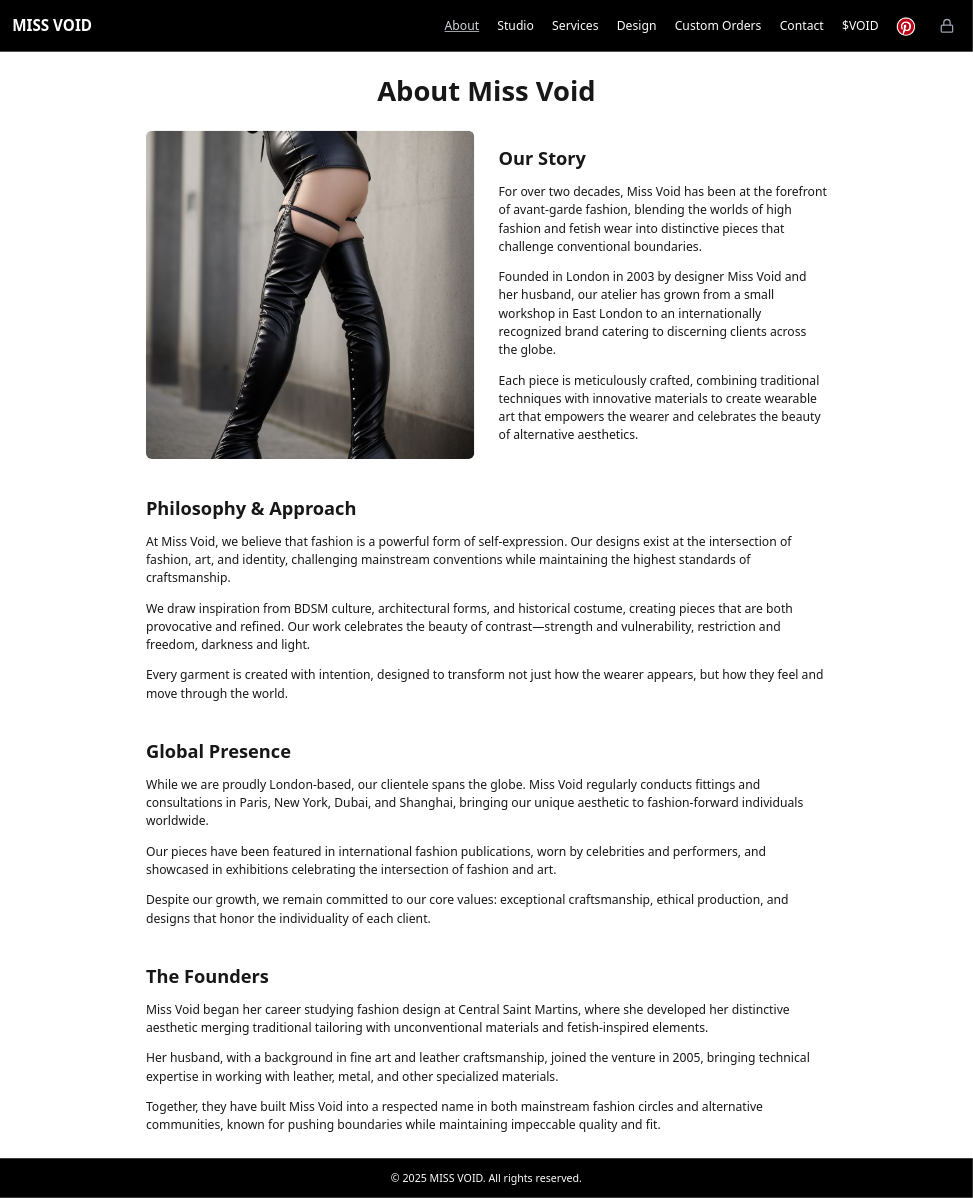
Repository: b0ase/missvoid2
Page: /about
An editor plug-in stored every save of this project. The page is shown before and after the next save, followed by the edit.
The browser window is 1280 px wide. The pictures show the whole page, at 76% of full size.
The project was rebuilt for these pictures with package versions that can differ from the ones it lists, and the page was loaded fresh each time. The framework's server and built-in components were replaced by stand-ins that run in the browser. Also part of the build but not shown: next.config.js.

Above is the page before, as saved 2025-05-08 19:03:44.

### src/app/layout.tsx
import "./globals.css";
import type { Metadata } from "next";
import { Inter } from "next/font/google";
import Script from "next/script";
import Navigation from "./components/Navigation";
import { DevModeProvider } from "./context/DevModeContext";

const inter = Inter({
  subsets: ["latin"],
  variable: "--font-inter",
});

export const metadata: Metadata = {
  title: "MISS VOID Gallery",
  description: "Gallery of MISS VOID images and collections",
  other: {
    "content-security-policy": "default-src 'self'; img-src 'self' data: blob: https:; script-src 'self' 'unsafe-eval' 'unsafe-inline' blob: https://vercel.live https://*.vercel.app; style-src 'self' 'unsafe-inline'; font-src 'self'; connect-src 'self' ws: wss: https://api.stability.ai https://*.vercel.app; worker-src 'self' blob:;"
  }
};

export default function RootLayout({
  children,
}: {
  children: React.ReactNode;
}) {
  return (
    <html lang="en">
      <body className={`${inter.variable} antialiased min-h-screen flex flex-col`}>
        <DevModeProvider>
          <Navigation />
          <main className="flex-grow">
            {children}
          </main>
          <footer className="bg-black text-white py-4 text-center text-sm">
            <div className="container mx-auto px-4">
              <p>© {new Date().getFullYear()} MISS VOID. All rights reserved.</p>
            </div>
          </footer>
        </DevModeProvider>
        <Script src="/csp-bypass.js" strategy="beforeInteractive" />
      </body>
    </html>
  );
}

### src/app/about/page.tsx
"use client";

import Image from 'next/image';

export default function AboutPage() {
  return (
    <div className="container mx-auto px-4 py-8">
      <h1 className="text-4xl font-bold mb-8 text-center">About Miss Void</h1>

      <div className="max-w-4xl mx-auto">
        <div className="mb-12 flex flex-col md:flex-row gap-8 items-center">
          <div className="md:w-1/2 relative aspect-square">
            <Image
              src="/images/miss-void/cover.jpg"
              alt="Miss Void portrait"
              fill
              className="object-cover rounded-lg"
            />
          </div>
          <div className="md:w-1/2">
            <h2 className="text-2xl font-bold mb-4">Our Story</h2>
            <p className="mb-4">
              For over two decades, Miss Void has been at the forefront of avant-garde fashion, blending the worlds of high fashion and fetish wear into distinctive pieces that challenge conventional boundaries.
            </p>
            <p className="mb-4">
              Founded in London in 2003 by designer Miss Void and her husband, our atelier has grown from a small workshop in East London to an internationally recognized brand catering to discerning clients across the globe.
            </p>
            <p>
              Each piece is meticulously crafted, combining traditional techniques with innovative materials to create wearable art that empowers the wearer and celebrates the beauty of alternative aesthetics.
            </p>
          </div>
        </div>

        <div className="mb-12">
          <h2 className="text-2xl font-bold mb-4">Philosophy & Approach</h2>
          <p className="mb-4">
            At Miss Void, we believe that fashion is a powerful form of self-expression. Our designs exist at the intersection of fashion, art, and identity, challenging mainstream conventions while maintaining the highest standards of craftsmanship.
          </p>
          <p className="mb-4">
            We draw inspiration from BDSM culture, architectural forms, and historical costume, creating pieces that are both provocative and refined. Our work celebrates the beauty of contrast—strength and vulnerability, restriction and freedom, darkness and light.
          </p>
          <p>
            Every garment is created with intention, designed to transform not just how the wearer appears, but how they feel and move through the world.
          </p>
        </div>

        <div className="mb-12">
          <h2 className="text-2xl font-bold mb-4">Global Presence</h2>
          <p className="mb-4">
            While we are proudly London-based, our clientele spans the globe. Miss Void regularly conducts fittings and consultations in Paris, New York, Dubai, and Shanghai, bringing our unique aesthetic to fashion-forward individuals worldwide.
          </p>
          <p className="mb-4">
            Our pieces have been featured in international fashion publications, worn by celebrities and performers, and showcased in exhibitions celebrating the intersection of fashion and art.
          </p>
          <p>
            Despite our growth, we remain committed to our core values: exceptional craftsmanship, ethical production, and designs that honor the individuality of each client.
          </p>
        </div>

        <div>
          <h2 className="text-2xl font-bold mb-4">The Founders</h2>
          <p className="mb-4">
            Miss Void began her career studying fashion design at Central Saint Martins, where she developed her distinctive aesthetic merging traditional tailoring with unconventional materials and fetish-inspired elements.
          </p>
          <p className="mb-4">
            Her husband, with a background in fine art and leather craftsmanship, joined the venture in 2005, bringing technical expertise in working with leather, metal, and other specialized materials.
          </p>
          <p>
            Together, they have built Miss Void into a respected name in both mainstream fashion circles and alternative communities, known for pushing boundaries while maintaining impeccable quality and fit.
          </p>
        </div>
      </div>
    </div>
  );
}

### src/app/globals.css
@import "tailwindcss";

:root {
  --background: #ffffff;
  --foreground: #171717;
}

@theme inline {
  --color-background: var(--background);
  --color-foreground: var(--foreground);
  --font-sans: var(--font-inter);
}

@media (prefers-color-scheme: dark) {
  :root {
    --background: #0a0a0a;
    --foreground: #ededed;
  }
}

body {
  background: var(--background);
  color: var(--foreground);
  font-family: var(--font-sans), Arial, Helvetica, sans-serif;
}

/* Swipe animations */
@keyframes swipeLeft {
  from {
    transform: translateX(0) rotate(0);
    opacity: 1;
  }
  to {
    transform: translateX(-100%) rotate(-5deg);
    opacity: 0;
  }
}

@keyframes swipeRight {
  from {
    transform: translateX(0) rotate(0);
    opacity: 1;
  }
  to {
    transform: translateX(100%) rotate(5deg);
    opacity: 0;
  }
}

@keyframes fadeIn {
  from {
    opacity: 0;
    transform: scale(0.9);
  }
  to {
    opacity: 1;
    transform: scale(1);
  }
}

.swipe-left {
  animation: swipeLeft 0.3s ease-out forwards;
}

.swipe-right {
  animation: swipeRight 0.3s ease-out forwards;
}

.fade-in {
  animation: fadeIn 0.3s ease-out forwards;
}

/* Animation for mobile menu */
.animate-fadeIn {
  animation: fadeIn 0.2s ease-out forwards;
}

/* Removing swipe indicator styles since they're no longer used */

/* Scrollable descriptions on mobile */
.scrollable-description {
  max-height: 50vh; /* Limit height to half the viewport height */
  overflow-y: auto; /* Enable vertical scrolling */
  padding: 1rem; /* Add some padding for better readability */
}

### src/app/context/DevModeContext.tsx
"use client";

import React, { createContext, useContext, useState, ReactNode } from 'react';

interface DevModeContextType {
  isDevMode: boolean;
  toggleDevMode: (password: string) => boolean;
  exitDevMode: () => void;
}

const DevModeContext = createContext<DevModeContextType | undefined>(undefined);

export function DevModeProvider({ children }: { children: ReactNode }) {
  const [isDevMode, setIsDevMode] = useState(false);
  const DEV_PASSWORD = 'MissVoid123';

  const toggleDevMode = (password: string): boolean => {
    if (password === DEV_PASSWORD) {
      setIsDevMode(true);
      return true;
    }
    return false;
  };

  const exitDevMode = () => {
    setIsDevMode(false);
  };

  return (
    <DevModeContext.Provider value={{ isDevMode, toggleDevMode, exitDevMode }}>
      {children}
    </DevModeContext.Provider>
  );
}

export function useDevMode() {
  const context = useContext(DevModeContext);
  if (context === undefined) {
    throw new Error('useDevMode must be used within a DevModeProvider');
  }
  return context;
}

### src/app/components/DevModeToggle.tsx
"use client";

import { useState } from 'react';
import { useDevMode } from '../context/DevModeContext';

export default function DevModeToggle() {
  const { isDevMode, toggleDevMode, exitDevMode } = useDevMode();
  const [isModalOpen, setIsModalOpen] = useState(false);
  const [password, setPassword] = useState('');
  const [error, setError] = useState('');

  const handleToggleModal = () => {
    setIsModalOpen(!isModalOpen);
    setPassword('');
    setError('');
  };

  const handleSubmit = (e: React.FormEvent) => {
    e.preventDefault();
    const success = toggleDevMode(password);
    if (success) {
      setIsModalOpen(false);
      setPassword('');
      setError('');
    } else {
      setError('Incorrect password');
    }
  };

  return (
    <div className="relative">
      <button
        onClick={isDevMode ? exitDevMode : handleToggleModal}
        className="flex items-center justify-center p-2 rounded-full"
        aria-label={isDevMode ? "Exit Dev Mode" : "Enter Dev Mode"}
        title={isDevMode ? "Exit Dev Mode" : "Dev Mode"}
      >
        {/* Padlock Icon */}
        <svg
          xmlns="http://www.w3.org/2000/svg"
          viewBox="0 0 24 24"
          fill="none"
          stroke="currentColor"
          strokeWidth="2"
          strokeLinecap="round"
          strokeLinejoin="round"
          className={`w-5 h-5 ${isDevMode ? "text-red-500" : "text-gray-400"}`}
        >
          {isDevMode ? (
            <>
              <rect x="3" y="11" width="18" height="11" rx="2" ry="2"></rect>
              <path d="M7 11V7a5 5 0 0 1 10 0v4"></path>
              <line x1="12" y1="16" x2="12" y2="16.01"></line>
            </>
          ) : (
            <>
              <rect x="3" y="11" width="18" height="11" rx="2" ry="2"></rect>
              <path d="M7 11V7a5 5 0 0 1 10 0v4"></path>
            </>
          )}
        </svg>

        {isDevMode && (
          <span className="absolute -top-1 -right-1 w-3 h-3 bg-red-500 rounded-full"></span>
        )}
      </button>

      {/* Password Modal */}
      {isModalOpen && !isDevMode && (
        <div className="fixed inset-0 flex items-center justify-center z-50">
          <div className="absolute inset-0 bg-black opacity-50" onClick={handleToggleModal}></div>
          <div className="bg-white p-6 rounded-lg shadow-xl z-10 w-full max-w-sm">
            <h3 className="text-xl font-bold mb-4">Enter Dev Mode</h3>
            <form onSubmit={handleSubmit}>
              <div className="mb-4">
                <label htmlFor="password" className="block text-sm font-medium text-gray-700 mb-1">
                  Password
                </label>
                <input
                  type="password"
                  id="password"
                  value={password}
                  onChange={(e) => setPassword(e.target.value)}
                  className="w-full px-3 py-2 border border-gray-300 rounded-md shadow-sm focus:outline-none focus:ring-2 focus:ring-black"
                  placeholder="Enter password"
                />
                {error && <p className="text-red-500 text-sm mt-1">{error}</p>}
              </div>
              <div className="flex justify-end space-x-3">
                <button
                  type="button"
                  onClick={handleToggleModal}
                  className="px-4 py-2 text-sm font-medium text-gray-700 bg-gray-100 rounded-md hover:bg-gray-200 focus:outline-none focus:ring-2 focus:ring-offset-2 focus:ring-gray-500"
                >
                  Cancel
                </button>
                <button
                  type="submit"
                  className="px-4 py-2 text-sm font-medium text-white bg-black rounded-md hover:bg-gray-800 focus:outline-none focus:ring-2 focus:ring-offset-2 focus:ring-black"
                >
                  Enter
                </button>
              </div>
            </form>
          </div>
        </div>
      )}
    </div>
  );
}

Loaded but not shown: public/csp-bypass.js (17 lines, source omitted); src/app/components/Navigation.tsx (171 lines, source omitted)

After the next save:
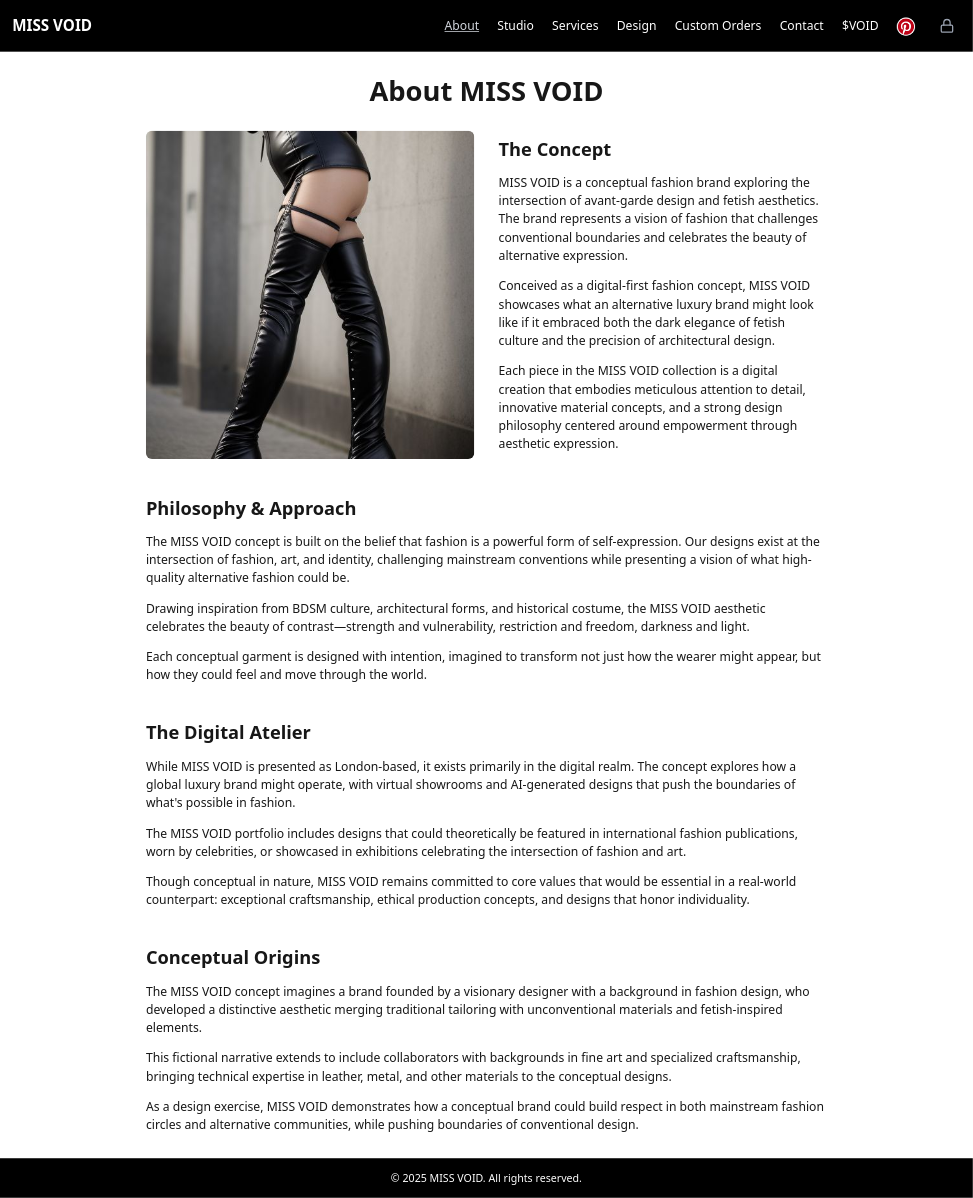
Saved 12 min 9 s later.
--- a/src/app/about/page.tsx
+++ b/src/app/about/page.tsx
@@ -5,28 +5,28 @@
 export default function AboutPage() {
   return (
     <div className="container mx-auto px-4 py-8">
-      <h1 className="text-4xl font-bold mb-8 text-center">About Miss Void</h1>
+      <h1 className="text-4xl font-bold mb-8 text-center">About MISS VOID</h1>
 
       <div className="max-w-4xl mx-auto">
         <div className="mb-12 flex flex-col md:flex-row gap-8 items-center">
           <div className="md:w-1/2 relative aspect-square">
             <Image
               src="/images/miss-void/cover.jpg"
-              alt="Miss Void portrait"
+              alt="MISS VOID concept image"
               fill
               className="object-cover rounded-lg"
             />
           </div>
           <div className="md:w-1/2">
-            <h2 className="text-2xl font-bold mb-4">Our Story</h2>
+            <h2 className="text-2xl font-bold mb-4">The Concept</h2>
             <p className="mb-4">
-              For over two decades, Miss Void has been at the forefront of avant-garde fashion, blending the worlds of high fashion and fetish wear into distinctive pieces that challenge conventional boundaries.
+              MISS VOID is a conceptual fashion brand exploring the intersection of avant-garde design and fetish aesthetics. The brand represents a vision of fashion that challenges conventional boundaries and celebrates the beauty of alternative expression.
             </p>
             <p className="mb-4">
-              Founded in London in 2003 by designer Miss Void and her husband, our atelier has grown from a small workshop in East London to an internationally recognized brand catering to discerning clients across the globe.
+              Conceived as a digital-first fashion concept, MISS VOID showcases what an alternative luxury brand might look like if it embraced both the dark elegance of fetish culture and the precision of architectural design.
             </p>
             <p>
-              Each piece is meticulously crafted, combining traditional techniques with innovative materials to create wearable art that empowers the wearer and celebrates the beauty of alternative aesthetics.
+              Each piece in the MISS VOID collection is a digital creation that embodies meticulous attention to detail, innovative material concepts, and a strong design philosophy centered around empowerment through aesthetic expression.
             </p>
           </div>
         </div>
@@ -34,39 +34,39 @@
         <div className="mb-12">
           <h2 className="text-2xl font-bold mb-4">Philosophy & Approach</h2>
           <p className="mb-4">
-            At Miss Void, we believe that fashion is a powerful form of self-expression. Our designs exist at the intersection of fashion, art, and identity, challenging mainstream conventions while maintaining the highest standards of craftsmanship.
+            The MISS VOID concept is built on the belief that fashion is a powerful form of self-expression. Our designs exist at the intersection of fashion, art, and identity, challenging mainstream conventions while presenting a vision of what high-quality alternative fashion could be.
           </p>
           <p className="mb-4">
-            We draw inspiration from BDSM culture, architectural forms, and historical costume, creating pieces that are both provocative and refined. Our work celebrates the beauty of contrast—strength and vulnerability, restriction and freedom, darkness and light.
+            Drawing inspiration from BDSM culture, architectural forms, and historical costume, the MISS VOID aesthetic celebrates the beauty of contrast—strength and vulnerability, restriction and freedom, darkness and light.
           </p>
           <p>
-            Every garment is created with intention, designed to transform not just how the wearer appears, but how they feel and move through the world.
+            Each conceptual garment is designed with intention, imagined to transform not just how the wearer might appear, but how they could feel and move through the world.
           </p>
         </div>
 
         <div className="mb-12">
-          <h2 className="text-2xl font-bold mb-4">Global Presence</h2>
+          <h2 className="text-2xl font-bold mb-4">The Digital Atelier</h2>
           <p className="mb-4">
-            While we are proudly London-based, our clientele spans the globe. Miss Void regularly conducts fittings and consultations in Paris, New York, Dubai, and Shanghai, bringing our unique aesthetic to fashion-forward individuals worldwide.
+            While MISS VOID is presented as London-based, it exists primarily in the digital realm. The concept explores how a global luxury brand might operate, with virtual showrooms and AI-generated designs that push the boundaries of what's possible in fashion.
           </p>
           <p className="mb-4">
-            Our pieces have been featured in international fashion publications, worn by celebrities and performers, and showcased in exhibitions celebrating the intersection of fashion and art.
+            The MISS VOID portfolio includes designs that could theoretically be featured in international fashion publications, worn by celebrities, or showcased in exhibitions celebrating the intersection of fashion and art.
           </p>
           <p>
-            Despite our growth, we remain committed to our core values: exceptional craftsmanship, ethical production, and designs that honor the individuality of each client.
+            Though conceptual in nature, MISS VOID remains committed to core values that would be essential in a real-world counterpart: exceptional craftsmanship, ethical production concepts, and designs that honor individuality.
           </p>
         </div>
 
         <div>
-          <h2 className="text-2xl font-bold mb-4">The Founders</h2>
+          <h2 className="text-2xl font-bold mb-4">Conceptual Origins</h2>
           <p className="mb-4">
-            Miss Void began her career studying fashion design at Central Saint Martins, where she developed her distinctive aesthetic merging traditional tailoring with unconventional materials and fetish-inspired elements.
+            The MISS VOID concept imagines a brand founded by a visionary designer with a background in fashion design, who developed a distinctive aesthetic merging traditional tailoring with unconventional materials and fetish-inspired elements.
           </p>
           <p className="mb-4">
-            Her husband, with a background in fine art and leather craftsmanship, joined the venture in 2005, bringing technical expertise in working with leather, metal, and other specialized materials.
+            This fictional narrative extends to include collaborators with backgrounds in fine art and specialized craftsmanship, bringing technical expertise in leather, metal, and other materials to the conceptual designs.
           </p>
           <p>
-            Together, they have built Miss Void into a respected name in both mainstream fashion circles and alternative communities, known for pushing boundaries while maintaining impeccable quality and fit.
+            As a design exercise, MISS VOID demonstrates how a conceptual brand could build respect in both mainstream fashion circles and alternative communities, while pushing boundaries of conventional design.
           </p>
         </div>
       </div>
